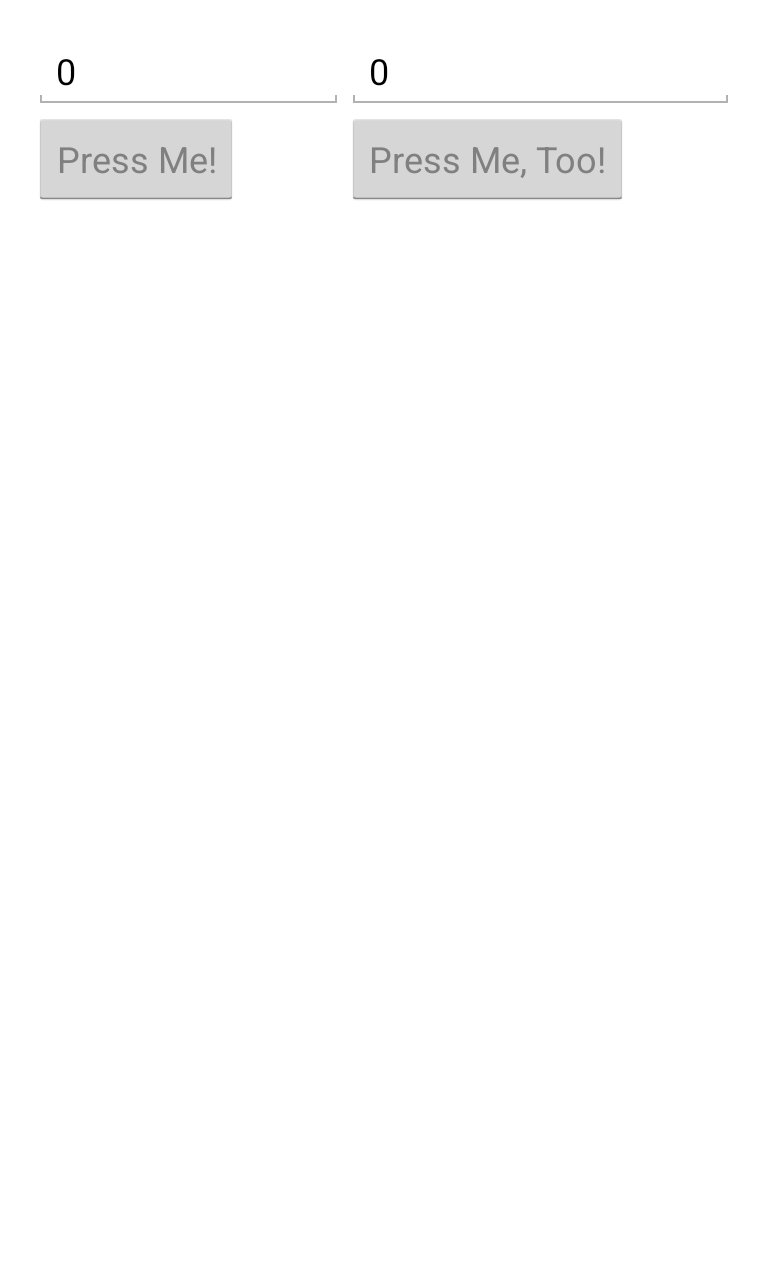
Repository: radupoenaru1992/Model
Layout: PracticalTest01/res/layout/activity_practical_test01_main.xml
An editor plug-in stored every save of this project. The layout is shown before and after the next save, followed by the edit.
It is drawn on a 768 x 1280 px phone screen (xhdpi) without system bars, with theme AppTheme; the app's code is not run.

Above is the layout before, as saved 2015-03-29 17:07:32.

After the next save:
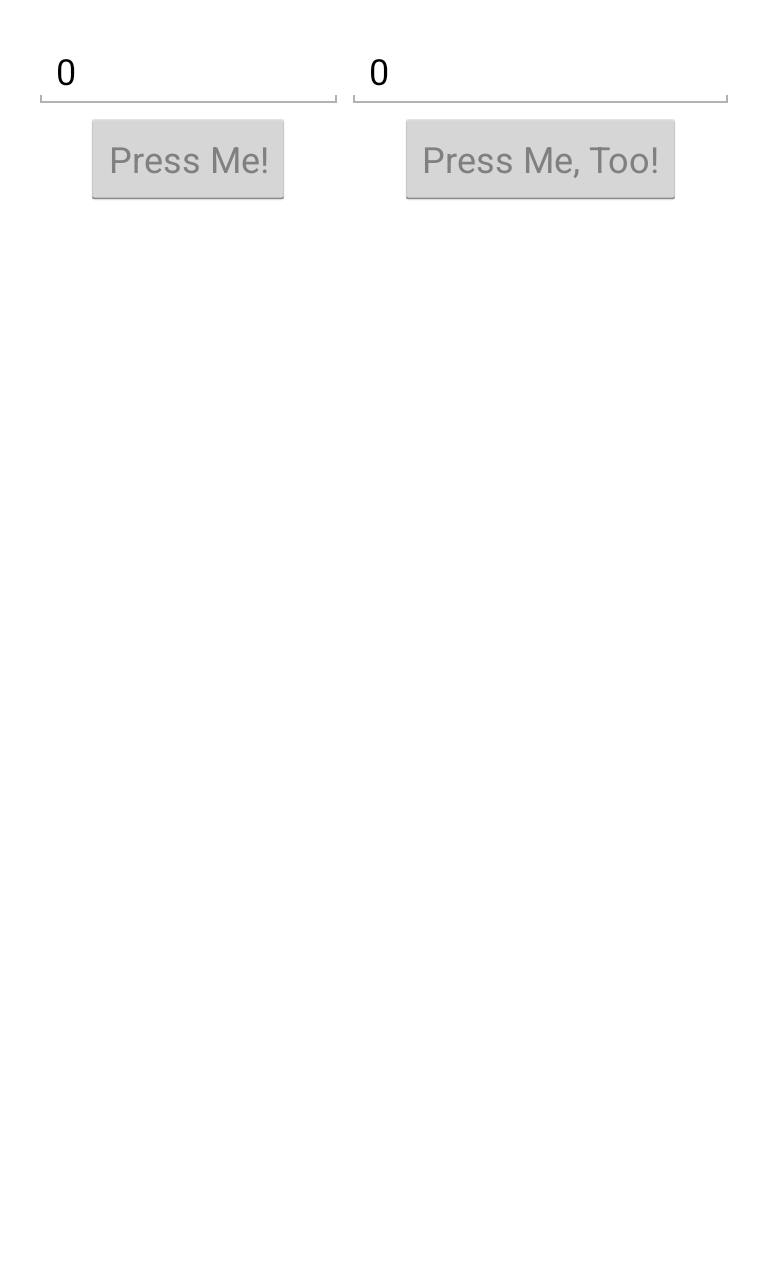
Saved 29 s later.
--- a/PracticalTest01/res/layout/activity_practical_test01_main.xml
+++ b/PracticalTest01/res/layout/activity_practical_test01_main.xml
@@ -29,7 +29,7 @@
             android:layout_height="wrap_content"
             android:id="@+id/bSt"
             android:hint="Press Me!"
-            android:gravity="center"/>
+            android:layout_gravity="center"/>
 
     </LinearLayout>
 
@@ -54,7 +54,7 @@
             android:layout_height="wrap_content"
             android:id="@+id/bDr"
             android:hint="Press Me, Too!"
-            android:gravity="center"/>
+            android:layout_gravity="center"/>
 
     </LinearLayout>
 
